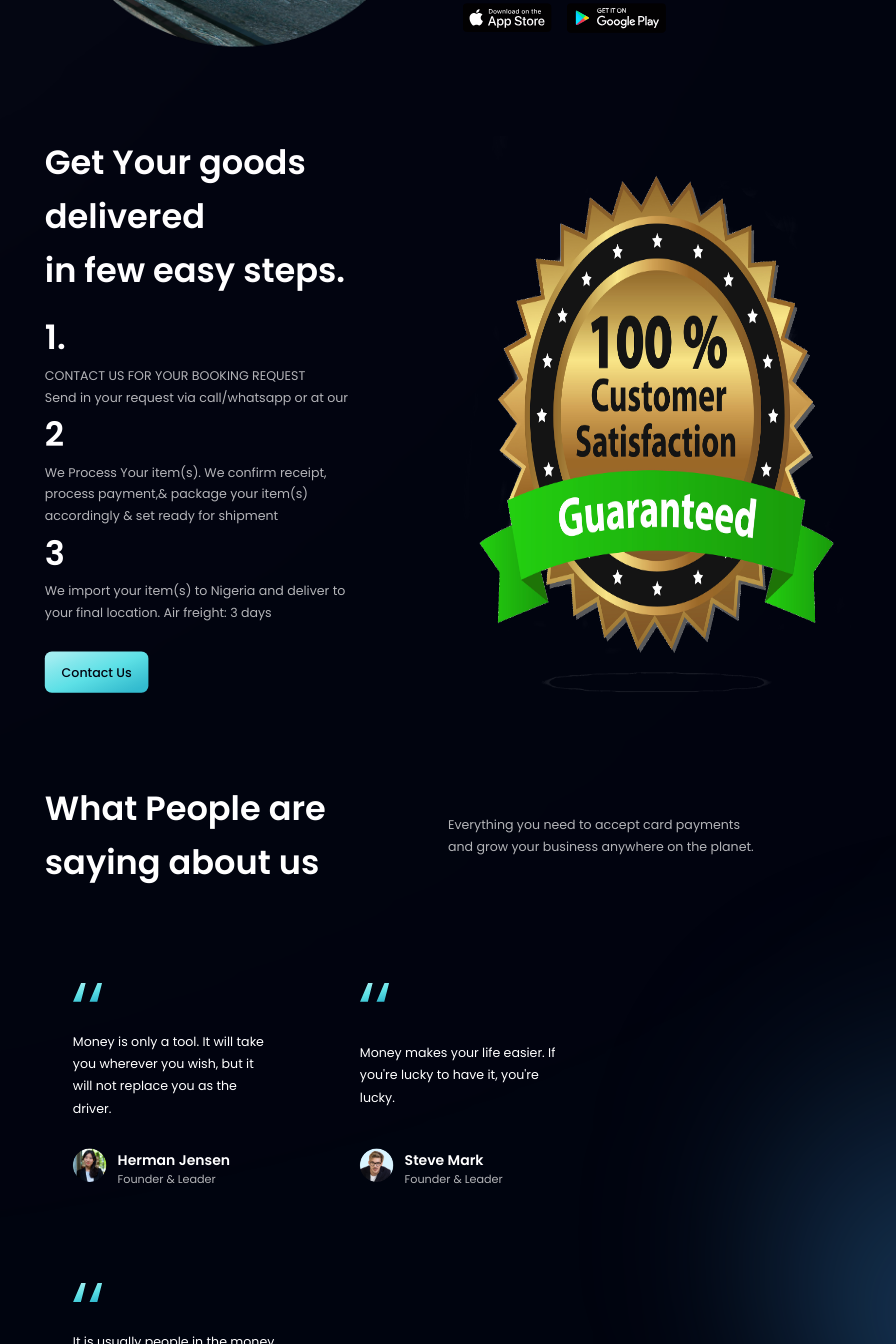
Repository: Miracleoluebube/captionlogistics
Page: /
An editor plug-in stored every save of this project. The page is shown before and after the next save, followed by the edit.
The browser window is 1280 px wide. The pictures show the part of the page from y = 2482 to 4402 px (the page is 5677 px tall before and 5707 px after), at 70% of full size.
The project was rebuilt for these pictures with package versions that can differ from the ones it lists, and the page was loaded fresh each time. Also part of the build but not shown: vite.config.js.

Above is the page before, as saved 2022-10-02 18:06:18.

After the next save:
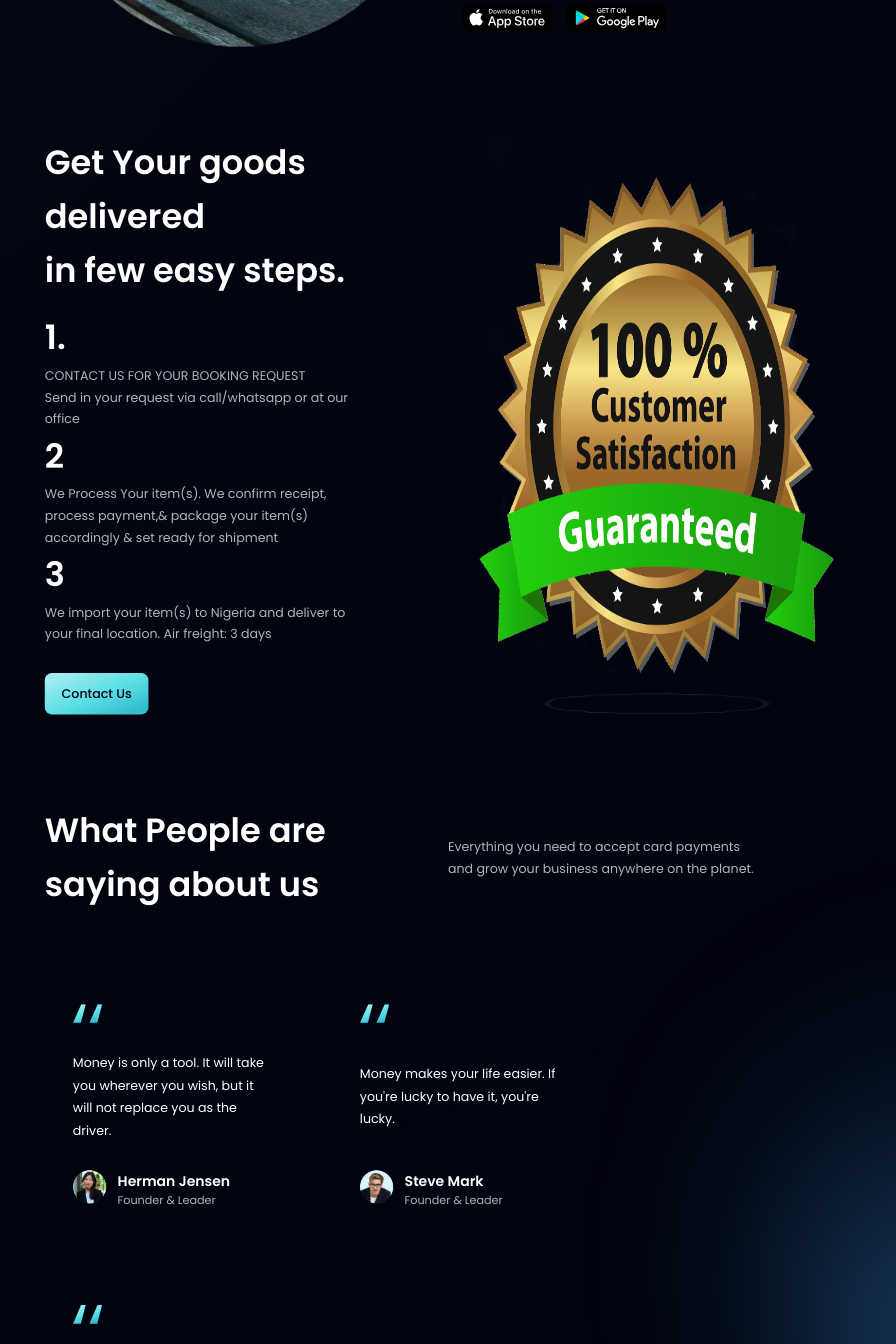
Saved 4 s later.
--- a/src/components/CardDeal.jsx
+++ b/src/components/CardDeal.jsx
@@ -13,7 +13,7 @@
       <ol type="1">
       <li className={styles.heading2}>1.</li>
   <h2><li >CONTACT US FOR YOUR BOOKING REQUEST</li>
-  Send in your request via call/whatsapp or at our
+  Send in your request via call/whatsapp or at our office
 
 
   </h2>
